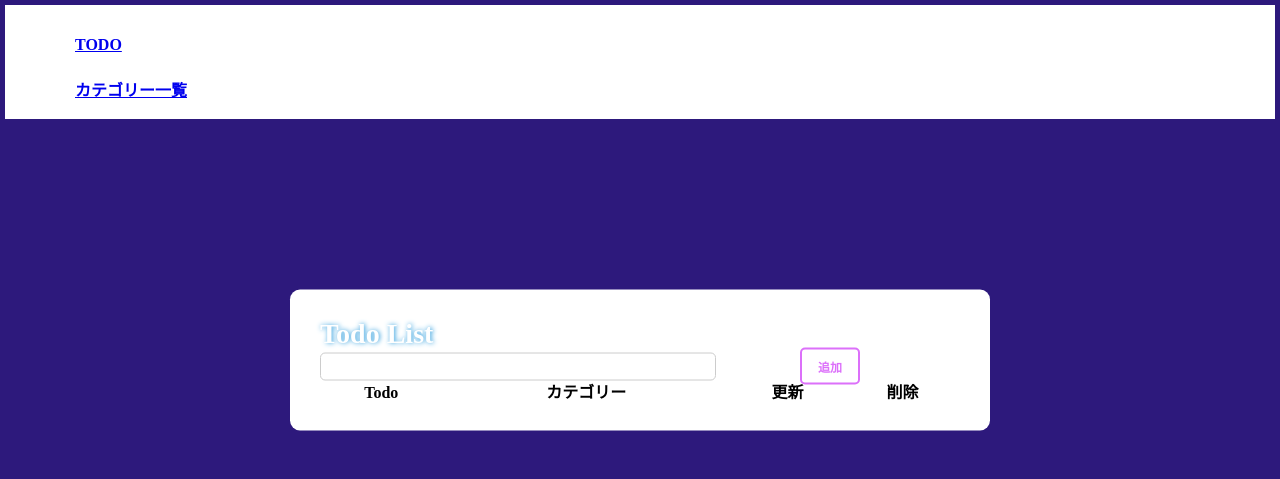
Repository: azuma2/cate
Page: http://localhost/
These files come from the project's save history. The page is drawn as it stood at one moment and after the next save; the edit follows.
The browser window is 1280 px wide. The pictures show the whole page.
The page is served by the project's Laravel application, run on PHP 8.4 with Laravel 8. Queries for data that is not in the repository find no rows.

Above is the page before, as saved 2022-05-17 17:22:02.

After the next save:
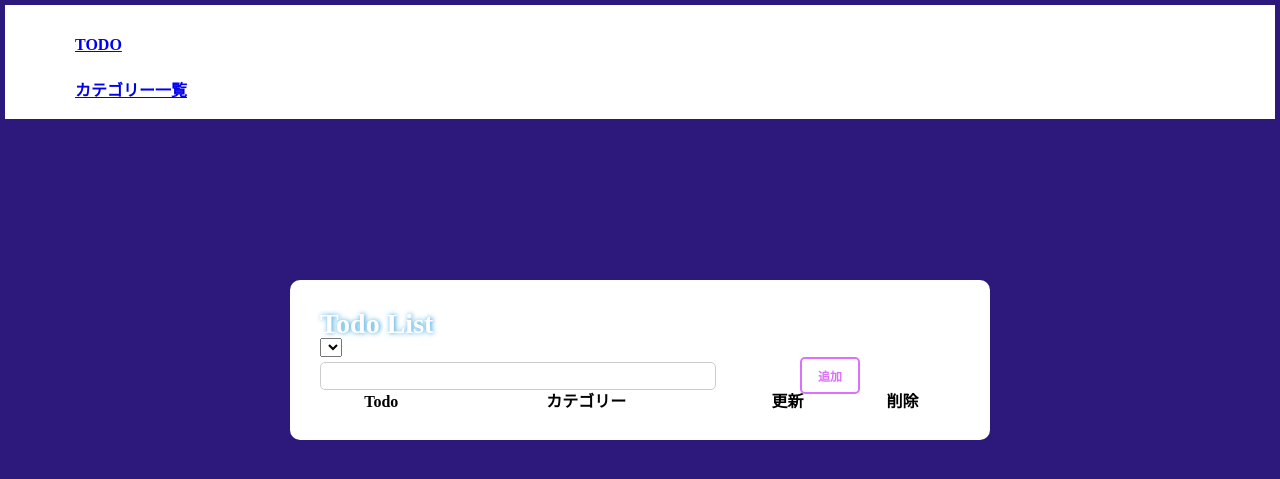
Saved 5 s later.
--- a/resources/views/index.blade.php
+++ b/resources/views/index.blade.php
@@ -149,13 +149,18 @@ ul{
           @endif
 
 
-
+          <!--  カテゴリープルダウン -->
+        <select class="pulu" id="cate_id" name="cate_id" >
+            @foreach ($items as $cate)
+            <option value="0">カテゴリー</option>
+                <option value="{{ $cate->id }}">{{ $cate->content }}</option>
+            @endforeach
+        </select>
 
 
         <form action="/todo/create" method="post">
             @csrf
           <input type="text" class="input-add" name="content">
-
           <input class="button2" type="submit" value="追加" />
         </form>
           <div class="narabe">
